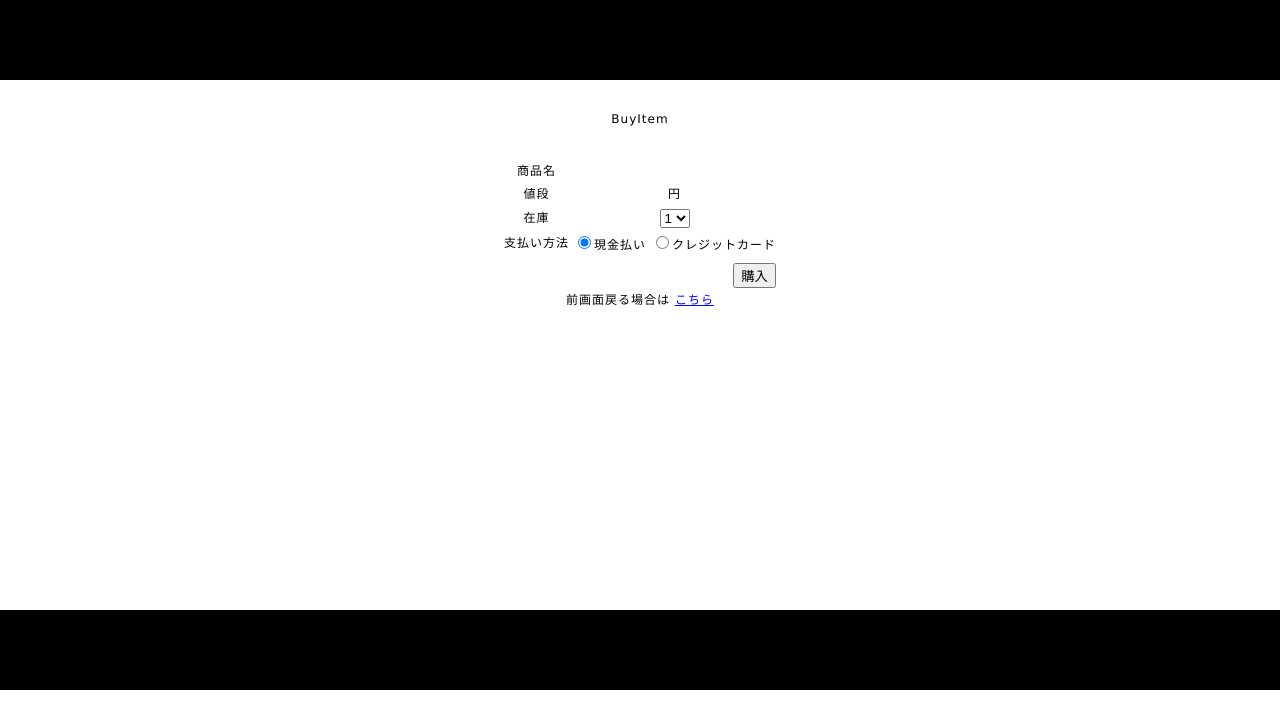
Repository: naoshima1109/test
Page: http://localhost/template/buyItem.jsp
These files come from the project's save history. The page is drawn as it stood at one moment and after the next save; the edit follows.
The browser window is 1280 px wide. The pictures show the whole page.
The page is served by Tomcat 9. Other server files are loaded and not shown.

Above is the page before, as saved 2019-05-21 08:42:16.

### template/WebContent/buyItem.jsp
<%@ page language="java" contentType="text/html; charset=UTF-8"
    pageEncoding="UTF-8"%>
<%@ taglib prefix="s" uri="/struts-tags" %>
<!DOCTYPE html>
<html>
<head>
	<meta http-equiv="Content-Type" content="text/html; charset=UTF-8"/>
	<meta http-equiv="Content-Style-Type" content="text/css" />
	<meta http-equiv="Content-Script-Type"content="text/javascript" />
	<meta http-equiv="imagetoolbar" content="no" />
	<meta name="description" content=""/>
	<meta name="keywords" content=""/>
	<title>buyItem画面</title>

	<style type="text/css">
	/*========TAG OUT========*/
	body{
	margin:0;
	padding:0;
	line-height:1.6;
	letter-spacing:1px;
	font-family:Verdana,Helvetica,sans-serif;
	font-size:12px;
	color:#333
	background:#fff;
	}

	table{
	text-align:center;
	margin:0 auto;
	}

	/*========ID LAYOUT========*/
	#top{
	width:780px;
	margin:30px auto;
	boeder:1px solid #333;
	}

	#header{
	width:100%;
	height:80px;
	background-color: black;
	}

	#main{
	width:100%;
	height:500px;
	text-align:center;
	}
	#footer{
	width:100%;
	height:80px;
	background-color:black;
	clear:both;
	}
</style>

</head>

<body>
	<div id="header">
		<div id="pr">
		</div>
	</div>
	<div id="main">
		<div id="top">
			<p>BuyItem</p>
		</div>
		<div>
		<s:form action="BuyItemAction">
		<table>
				<tr>
					<td>
						<span>商品名</span>
					</td>
					<td>
						<s:property value="session.buyItem_name"/>
					</td>
				</tr>
				<tr>
					<td>
						<span>値段</span>
					</td>
					<td>
						<s:property value="session.buyItem_price"/>
							<span>円</span>
					</td>
				</tr>
				<tr>
					<td>
						<span>在庫</span>
					</td>
					<td>
						<select name="stock">
							<option value="1" selected="selected">1</option>
							<option value="2">2</option>
							<option value="3">3</option>
							<option value="4">4</option>
							<option value="5">5</option>
						</select>
					</td>
				</tr>
				<tr>
					<td>
						<span>支払い方法</span>
					</td>
					<td>
						<input type="radio" name="pay" value="1" checked="checked">現金払い
						<input type="radio" name="pay" value="2">クレジットカード
					</td>
				</tr>
				<tr>
					<td>
						<s:submit value="購入"/>
					</td>
				</tr>
			</table>
		</s:form>
			<div>
				<span>前画面戻る場合は</span>
				<a href='<s:url action="HomeAction"/>'>こちら</a>
			</div>
		</div>
	</div>
	<div id="footer">
		<div id="pr">
		</div>
	</div>


</body>
</html>

After the next save:
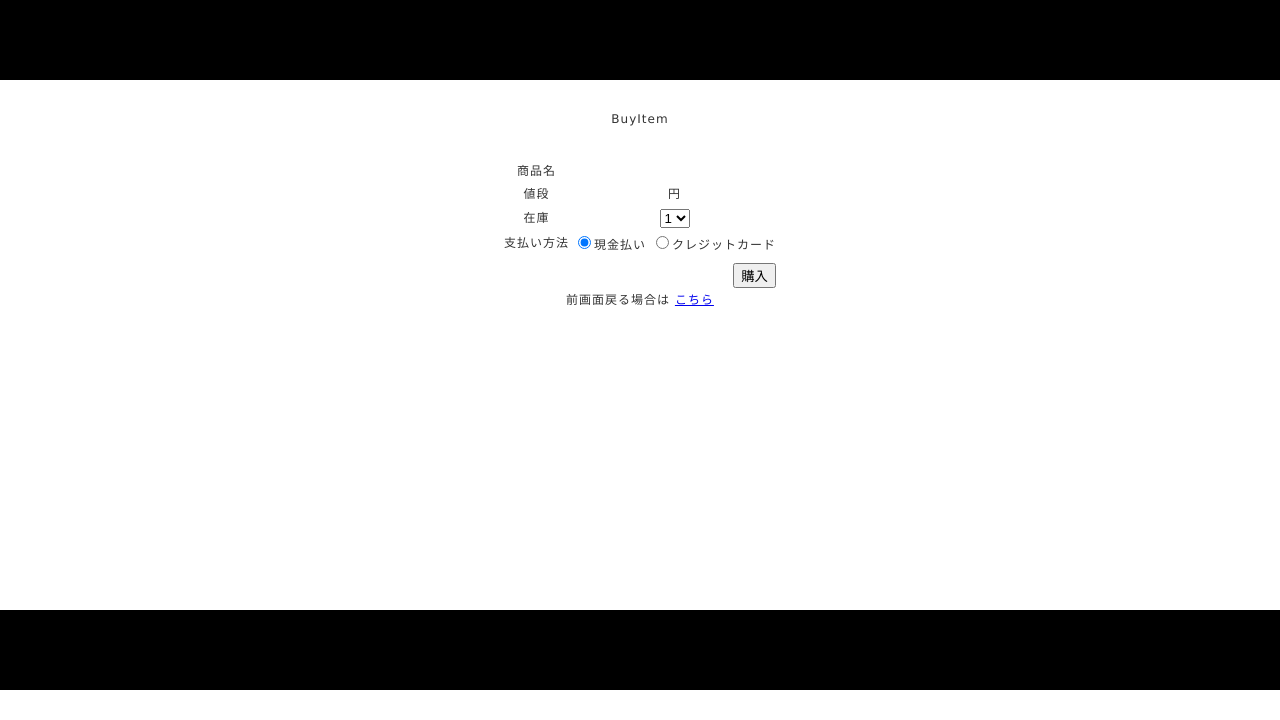
Saved 16 h 27 min later.
--- a/template/WebContent/buyItem.jsp
+++ b/template/WebContent/buyItem.jsp
@@ -21,7 +21,7 @@
 	letter-spacing:1px;
 	font-family:Verdana,Helvetica,sans-serif;
 	font-size:12px;
-	color:#333
+	color:#333;
 	background:#fff;
 	}
 
